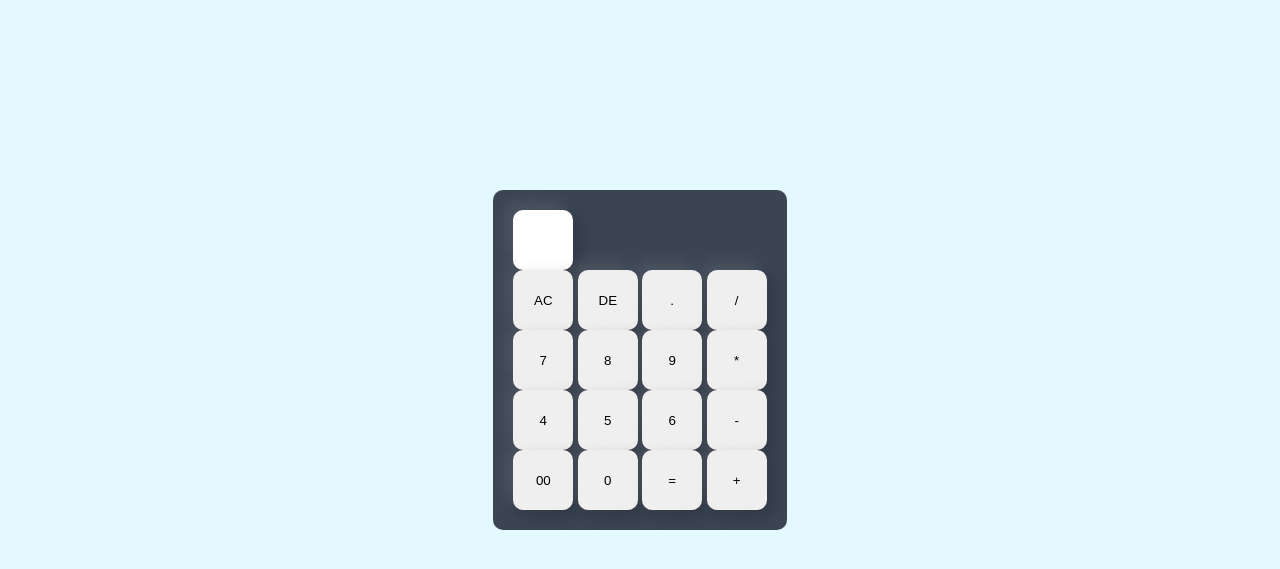
Repository: YAAMAR/calculator
Page: index.html
These files come from the project's save history. The page is drawn as it stood at one moment and after a run of saves; the edit follows.
The browser window is 1280 px wide. The pictures show the whole page.

Above is the page before, as saved 2024-05-02 21:34:41.

### index.html
<!DOCTYPE html>
<html lang="en">
<head>
    <meta charset="UTF-8">
    <meta name="viewport" content="width=device-width, initial-scale=1.0">
    <title>Calculator using javascript-Easy Tutorials</title>
    <link rel="stylesheet" href="style.css">
</head>
<body>
    <div class="container">
        <div class="calculator">
            <form >
                <div>
                    <input type="text" name="display">

                </div>
                <div>
                    <input type="button" value="AC">
                    <input type="button" value="DE">
                    <input type="button" value=".">
                    <input type="button" value="/">
                    <div>
                        <input type="button" value="7">
                        <input type="button" value="8">
                        <input type="button" value="9">
                        <input type="button" value="*">
                    </div>
                    <div>
                        <input type="button" value="4">
                        <input type="button" value="5">
                        <input type="button" value="6">
                        <input type="button" value="-"></div>
                </div>
                <div>
                      <input type="button" value="00">
                    <input type="button" value="0">
                    <input type="button" value="=">
                    <input type="button" value="+"></div>
            </form>
        </div>

    </div>
</body>
</html>

### style.css
*{
    margin: 0;
    padding: 0;
    font-family: 'poppies',sans-serif;
    box-sizing: border-box;
}
.container{
    width: 100%;
    height: 100vh;
    background: #e3f9ff;
    display: flex;
    align-items: center;
    justify-content: center;
}
.calculator{
    background: #3a4452;
    padding: 20px;
    border-radius: 10px;
}
.calculator form input{
    border: 0;
    outline: 0;
    width: 60px;
    height: 60px;
    border-radius: 10px;
    box-shadow: -8px -8px 15px rgba(255, 255, 255, 0.1),5px 5px 15px rgba(0, 0, 0, 0.2);
    b
}

After the next 3 saves:
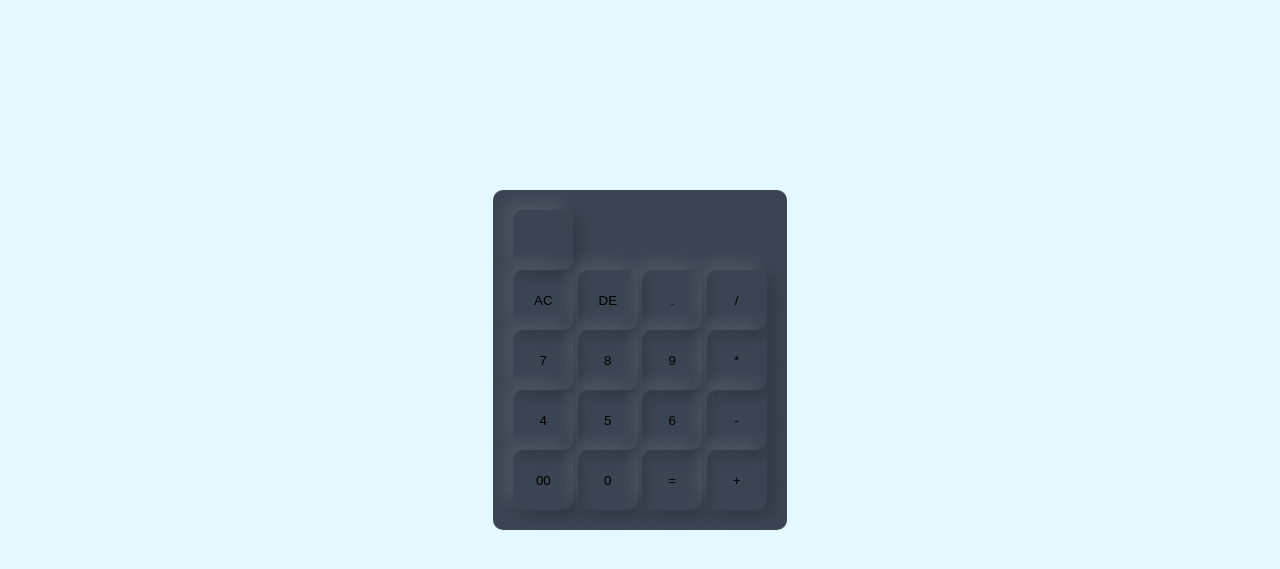
The 3 saves are shown as one change because they came seconds apart.
The last was saved 13 s later.
--- a/style.css
+++ b/style.css
@@ -24,5 +24,5 @@
     height: 60px;
     border-radius: 10px;
     box-shadow: -8px -8px 15px rgba(255, 255, 255, 0.1),5px 5px 15px rgba(0, 0, 0, 0.2);
-    b
+    background: transparent;
 }
